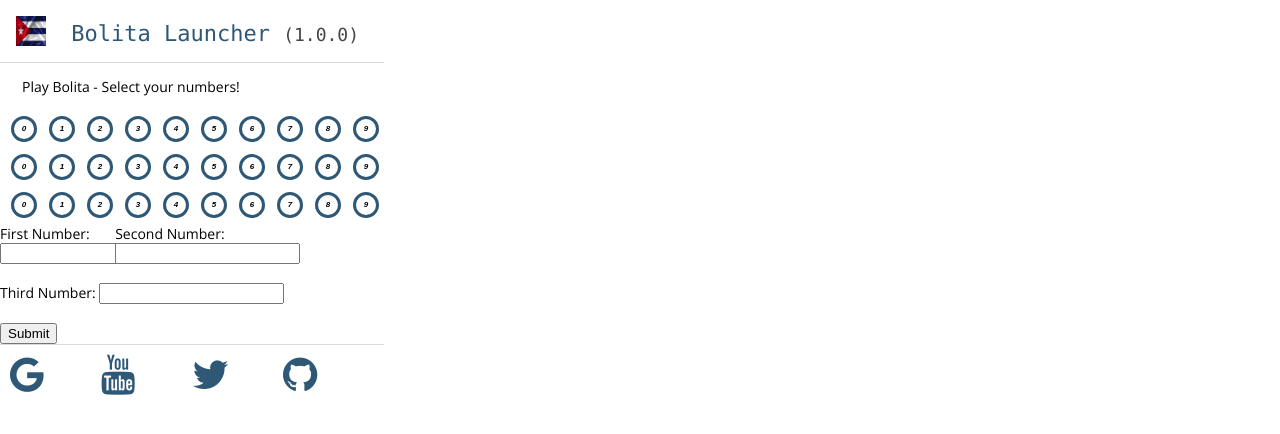
Repository: markymark617/BolitaChromeExtension
Page: popup.html
These files come from the project's save history. The page is drawn as it stood at one moment and after the next save; the edit follows.
The browser window is 1280 px wide. The pictures show the whole page.

Above is the page before, as saved 2020-09-06 14:24:31.

### popup.html
<!DOCTYPE html>
<html lang="en">
<head>
    <meta charset="UTF-8">
    <meta name="viewport" content="width=device-width, initial-scale=1.0">
    <meta http-equiv="X-UA-Compatible" content="ie=chrome">
    <title>Bolita Launcher</title>
    <link rel="stylesheet" href="https://fonts.googleapis.com/css?family=Open+Sans" type="text/css">
    <link rel="stylesheet" href="popup.css">
    <link href="https://maxcdn.bootstrapcdn.com/font-awesome/4.7.0/css/font-awesome.min.css" rel="stylesheet" integrity="sha384-wvfXpqpZZVQGK6TAh5PVlGOfQNHSoD2xbE+QkPxCAFlNEevoEH3Sl0sibVcOQVnN" crossorigin="anonymous"/>

</head>

<body>
    <div class="modal-header">
        <h1 class="logo">
            <img src="images/bolita_logo.png" alt="Bolita_Launcher_logo" class="logo-icon"> Bolita Launcher <span class="version">(1.0.0)</span>
        </h1>
    </div>
    <div class="modal-content">
        <p>Play Bolita - Select your numbers!</p>
    </div>


    <div class="ball-icons">

        <div class="flex-container paddedDiv firstBet" id="firstRow">

            <button id="first-zero" value='0' class="btnFirstBet">
                <div class="flex circle">
                    <div class="fa-stack fa-2x">
                        <i class="fa fa-stack-2x fa-inverse"></i>
                        <i class="fa-stack-1x fa-stack-text">0</i>
                    </div>
                </div>
            </button>

            <button id="first-one" value='1' class="btnFirstBet">
                <div class="flex circle">
                    <div class="fa-stack fa-2x">
                        <i class="fa fa-stack-2x fa-inverse"></i>
                        <i class="fa-stack-1x fa-stack-text">1</i>
                    </div>
                </div>
            </button>


            <button id="first-two" value='2' class="btnFirstBet">
                <div class="flex circle">
                    <div class="fa-stack fa-2x">
                        <i class="fa fa-stack-2x fa-inverse"></i>
                        <i class="fa-stack-1x fa-stack-text">2</i>
                    </div>
                </div>
            </button>


            <button id="first-three" value='3' class="btnFirstBet">
                <div class="flex circle">
                    <div class="fa-stack fa-2x">
                        <i class="fa fa-stack-2x fa-inverse"></i>
                        <i class="fa-stack-1x fa-stack-text">3</i>
                    </div>
                </div>
            </button>


            <button id="first-four" value='4' class="btnFirstBet">
                <div class="flex circle">
                    <div class="fa-stack fa-2x">
                        <i class="fa fa-stack-2x fa-inverse"></i>
                        <i class="fa-stack-1x fa-stack-text">4</i>
                    </div>
                </div>
            </button>


            <button id="first-five" value='5' class="btnFirstBet">
                <div class="flex circle">
                    <div class="fa-stack fa-2x">
                        <i class="fa fa-stack-2x fa-inverse"></i>
                        <i class="fa-stack-1x fa-stack-text">5</i>
                    </div>
                </div>
            </button>


            <button id="first-six" value='6' class="btnFirstBet">
                <div class="flex circle">
                    <div class="fa-stack fa-2x">
                        <i class="fa fa-stack-2x fa-inverse"></i>
                        <i class="fa-stack-1x fa-stack-text">6</i>
                    </div>
                </div>
            </button>


            <button id="first-seven" value='7' class="btnFirstBet">
                <div class="flex circle">
                    <div class="fa-stack fa-2x">
                        <i class="fa fa-stack-2x fa-inverse"></i>
                        <i class="fa-stack-1x fa-stack-text">7</i>
                    </div>
                </div>
            </button>


            <button id="first-eight" value='8' class="btnFirstBet">
                <div class="flex circle">
                    <div class="fa-stack fa-2x">
                        <i class="fa fa-stack-2x fa-inverse"></i>
                        <i class="fa-stack-1x fa-stack-text">8</i>
                    </div>
                </div>
            </button>


            <button id="first-nine" value='9' class="btnFirstBet">
                    <div class="flex circle">
                        <div class="fa-stack fa-2x">
                                <i class="fa fa-stack-2x fa-inverse"></i>
                                <i class="fa-stack-1x fa-stack-text">9</i>
                        </div>
                    </div>
            </button>

        </div>

<!-- second row-->

        <div class="flex-container paddedDiv secondBet" id="secondRow">

            <button id="second-zero" value='0' class="btnSecondBet">
                <div class="flex circle">
                    <div class="fa-stack fa-2x">
                        <i class="fa fa-stack-2x fa-inverse"></i>
                        <i class="fa-stack-1x fa-stack-text">0</i>
                    </div>
                </div>
            </button>

            <button id="second-one" value='1' class="btnSecondBet">
                <div class="flex circle">
                    <div class="fa-stack fa-2x">
                        <i class="fa fa-stack-2x fa-inverse"></i>
                        <i class="fa-stack-1x fa-stack-text">1</i>
                    </div>
                </div>
            </button>


            <button id="second-two" value='2' class="btnSecondBet">
                <div class="flex circle">
                    <div class="fa-stack fa-2x">
                        <i class="fa fa-stack-2x fa-inverse"></i>
                        <i class="fa-stack-1x fa-stack-text">2</i>
                    </div>
                </div>
            </button>


            <button id="second-three" value='3' class="btnSecondBet">
                <div class="flex circle">
                    <div class="fa-stack fa-2x">
                        <i class="fa fa-stack-2x fa-inverse"></i>
                        <i class="fa-stack-1x fa-stack-text">3</i>
                    </div>
                </div>
            </button>


            <button id="second-four" value='4' class="btnSecondBet">
                <div class="flex circle">
                    <div class="fa-stack fa-2x">
                        <i class="fa fa-stack-2x fa-inverse"></i>
                        <i class="fa-stack-1x fa-stack-text">4</i>
                    </div>
                </div>
            </button>


            <button id="second-five" value='5' class="btnSecondBet">
                <div class="flex circle">
                    <div class="fa-stack fa-2x">
                        <i class="fa fa-stack-2x fa-inverse"></i>
                        <i class="fa-stack-1x fa-stack-text">5</i>
                    </div>
                </div>
            </button>


            <button id="second-six" value='6' class="btnSecondBet">
                <div class="flex circle">
                    <div class="fa-stack fa-2x">
                        <i class="fa fa-stack-2x fa-inverse"></i>
                        <i class="fa-stack-1x fa-stack-text">6</i>
                    </div>
                </div>
            </button>


            <button id="second-seven" value='7' class="btnSecondBet">
                <div class="flex circle">
                    <div class="fa-stack fa-2x">
                        <i class="fa fa-stack-2x fa-inverse"></i>
                        <i class="fa-stack-1x fa-stack-text">7</i>
                    </div>
                </div>
            </button>



            <button id="second-eight" value='8' class="btnSecondBet">
                <div class="flex circle">
                    <div class="fa-stack fa-2x">
                        <i class="fa fa-stack-2x fa-inverse"></i>
                        <i class="fa-stack-1x fa-stack-text">8</i>
                    </div>
                </div>
            </button>


            <button id="second-nine" value='9' class="btnSecondBet">
                    <div class="flex circle">
                        <div class="fa-stack fa-2x">
                                <i class="fa fa-stack-2x fa-inverse"></i>
                                <i class="fa-stack-1x fa-stack-text">9</i>
                        </div>
                    </div>
            </button>

        </div>

<!--Third Row-->

        <div class="flex-container paddedDiv thirdBet" id="thirdRow">

                <button id="third-zero" value='0' class="btnThirdBet">
                    <div class="flex circle">
                        <div class="fa-stack fa-2x">
                            <i class="fa fa-stack-2x fa-inverse"></i>
                            <i class="fa-stack-1x fa-stack-text">0</i>
                        </div>
                    </div>
                </button>

                <button id="third-one" value='1' class="btnThirdBet">
                    <div class="flex circle">
                        <div class="fa-stack fa-2x">
                            <i class="fa fa-stack-2x fa-inverse"></i>
                            <i class="fa-stack-1x fa-stack-text">1</i>
                        </div>
                    </div>
                </button>


                <button id="third-two" value='2' class="btnThirdBet">
                    <div class="flex circle">
                        <div class="fa-stack fa-2x">
                            <i class="fa fa-stack-2x fa-inverse"></i>
                            <i class="fa-stack-1x fa-stack-text">2</i>
                        </div>
                    </div>
                </button>


                <button id="third-three" value='3' class="btnThirdBet">
                    <div class="flex circle">
                        <div class="fa-stack fa-2x">
                            <i class="fa fa-stack-2x fa-inverse"></i>
                            <i class="fa-stack-1x fa-stack-text">3</i>
                        </div>
                    </div>
                </button>


                <button id="third-four" value='4' class="btnThirdBet">
                    <div class="flex circle">
                        <div class="fa-stack fa-2x">
                            <i class="fa fa-stack-2x fa-inverse"></i>
                            <i class="fa-stack-1x fa-stack-text">4</i>
                        </div>
                    </div>
                </button>


                <button id="third-five" value='5' class="btnThirdBet">
                    <div class="flex circle">
                        <div class="fa-stack fa-2x">
                            <i class="fa fa-stack-2x fa-inverse"></i>
                            <i class="fa-stack-1x fa-stack-text">5</i>
                        </div>
                    </div>
                </button>


                <button id="third-six" value='6' class="btnThirdBet">
                    <div class="flex circle">
                        <div class="fa-stack fa-2x">
                            <i class="fa fa-stack-2x fa-inverse"></i>
                            <i class="fa-stack-1x fa-stack-text">6</i>
                        </div>
                    </div>
                </button>


                <button id="third-seven" value='7' class="btnThirdBet">
                    <div class="flex circle">
                        <div class="fa-stack fa-2x">
                            <i class="fa fa-stack-2x fa-inverse"></i>
                            <i class="fa-stack-1x fa-stack-text">7</i>
                        </div>
                    </div>
                </button>



                <button id="third-eight" value='8' class="btnThirdBet">
                    <div class="flex circle">
                        <div class="fa-stack fa-2x">
                            <i class="fa fa-stack-2x fa-inverse"></i>
                            <i class="fa-stack-1x fa-stack-text">8</i>
                        </div>
                    </div>
                </button>


                <button id="third-nine" value='9' class="btnThirdBet">
                        <div class="flex circle">
                            <div class="fa-stack fa-2x">
                                    <i class="fa fa-stack-2x fa-inverse"></i>
                                    <i class="fa-stack-1x fa-stack-text">9</i>
                            </div>
                        </div>
                </button>

            </div>








    </div>




    <div class="modal-output">

            <form action="results.html" method="GET">
                <div class="row">
                    <div class="column">
                        <label for="firstBetInput">First Number:</label><br>
                        <input type="text" id="firstBetInput" name="firstBetInput"><br><br>
                    </div>
                    <div class="column"></div>
                        <label for="secondBetInput">Second Number:</label>
                        <input type="text" id="secondBetInput" name="secondBetInput"><br><br>
                    </div>
                    <div class="column"></div>
                        <label for="thirdBetInput">Third Number:</label>
                        <input type="text" id="thirdBetInput" name="thirdBetInput"><br><br>
                    </div>
                </div>

                    <input type="submit" value="Submit">
            </form>
        </div>

    <div class="modal-icons">
        <div class="flex-container">
            <div class="flex">
                <a href="https://www.google.com" target="_blank">
                    <i class="fa fa-google"></i>
                </a>
            </div>

            <div class="flex">
                <a href="https://www.youtube.com" target="_blank">
                    <i class="fa fa-youtube"></i>
                </a>
            </div>

            <div class="flex">
                <a href="https://www.twitter.com" target="_blank">
                    <i class="fa fa-twitter"></i>
                </a>
            </div>

            <div class="flex">
                <a href="https://www.github.com" target="_blank">
                    <i class="fa fa-github"></i>
                </a>
            </div>
        </div>
    </div>








    <script src="popup.js"></script>
</body>
</html>

### popup.css

    html,
    body {
        font-family : 'Open Sans', sans-serif;
        font-size: 14px;
        margin: 0;
        min-height: 180px;
        padding: 0;
        width: 384px;
    }

    h1 {
        font-family: 'Menlo', monospace;
        font-size: 22px;
        font-weight: 400;
        margin: 0;
        color: #2f5876;
    }

    a:link, a:visited {
        color: #000;
        outline: 0;
        text-decoration: none;
    }

    img {
        width: 30px;

    }

    .modal-header {
        align-items: center;
        border-bottom: 0.5px solid #dadada;
    }

    .modal-content {
        padding: 0 22px;
        align-items: center;
    }

    .modal-icons {
        border-top: 0.5px solid #dadada;
        height: 50px;
        width: 100%;
    }

    .logo {
        padding: 16px;
    }

    .logo-icon {
        vertical-align: text-bottom;
        margin-right: 12px;
    }

    .version {
        color: #444;
        font-size: 18px;
    }

    .flex-container {
        display: flex;
        justify-content: space-between;
        padding: 10px 10px;
    }

    .flex {
        opacity: 1;
        transition: opacity 0.2s ease-in-out;
        width: 120px
    }

    .flex:hover {
        opacity: 0.4;
    }

    .flex .fa {
        font-size: 40px;
        color: #2f5876;
    }

    .fa-stack-text {
        font-size: 8px;
        border:none;
        align-items: center;
        font-weight:bold;
    }

    .circle {
        display: flex;
        border: 3px solid #2f5876;
        border-radius: 100%;
        width: 20px;
        height: 20px;
        justify-content: center;
        align-items: center;

    }

    button {
        background: transparent;
        border:0;
        outline:none;

    }

    .paddedDiv {
        padding: 5px;
    }

    .column {
        float: left;
        width: 30%;
      }

      /* Clear floats after the columns */
      .row:after {
        content: "";
        display: table;
        clear: both;
      }

### popup.js

document.querySelectorAll(".btnFirstBet").forEach(item => {
    item.addEventListener('click', event => {
        //handle click


        document.querySelectorAll(".btnFirstBet").forEach(item => {

                item.classList.remove("active");
                item.style.opacity=1;

        })

        item.style.opacity= 0.4;
        item.classList.add("active");

        //only 1 can be active at any given time

    })
});


document.querySelectorAll(".btnSecondBet").forEach(item => {
    item.addEventListener('click', event => {
        //handle click


        document.querySelectorAll(".btnSecondBet").forEach(item => {

                item.classList.remove("active");
                item.style.opacity=1;

        })

        item.style.opacity= 0.4;
        item.classList.add("active");

        //only 1 can be active at any given time

    })
});


document.querySelectorAll(".btnThirdBet").forEach(item => {
    item.addEventListener('click', event => {
        //handle click


        document.querySelectorAll(".btnThirdBet").forEach(item => {

                item.classList.remove("active");
                item.style.opacity=1;

        })

        item.style.opacity= 0.4;
        item.classList.add("active");

        //only 1 can be active at any given time

    })
});



/*


[document.querySelectorAll(".firstBet"), document.querySelector('.btnFirstBet')].forEach(item => {
    item.addEventListener('click', event => {
        //handle click
        item.style.opacity= 0.4;
        item.addClass("active");
    })
});


var elements = document.getElementsByClassName(".btnFirstBet");

[].forEach.call(elements, function(currElement) {
    currElemen
    currElement.style.opacity= 0.4;
    currElement.classList.add("active");
    console.log(currElement.tagName);
});


document.getElementsByClassName(".btnFirstBet").forEach(item => {
    item.addEventListener('click', event => {
        //handle click
        item.style.opacity= 0.4;
       // element.classList.add("active");
    })
})










var elements = document.querySelectorAll('.btnFirstBet');
for (var i = 0; i < elements.length; i++) {
    elements[i].classList.remove("active");
    elements[i].onclick = function (event) {
        console.log("ONCLICK");
        //remove all active class
        removeClass();
        if (event.elements[i].innerHTML === this.innerHTML) {
            console.log("IN IF");
            this.classList.add("active");
        }
    }
}

function removeClass(){
  for (var i = 0; i < elements.length; i++) {
    elements[i].classList.remove("active");
  }
}








*/

After the next save:
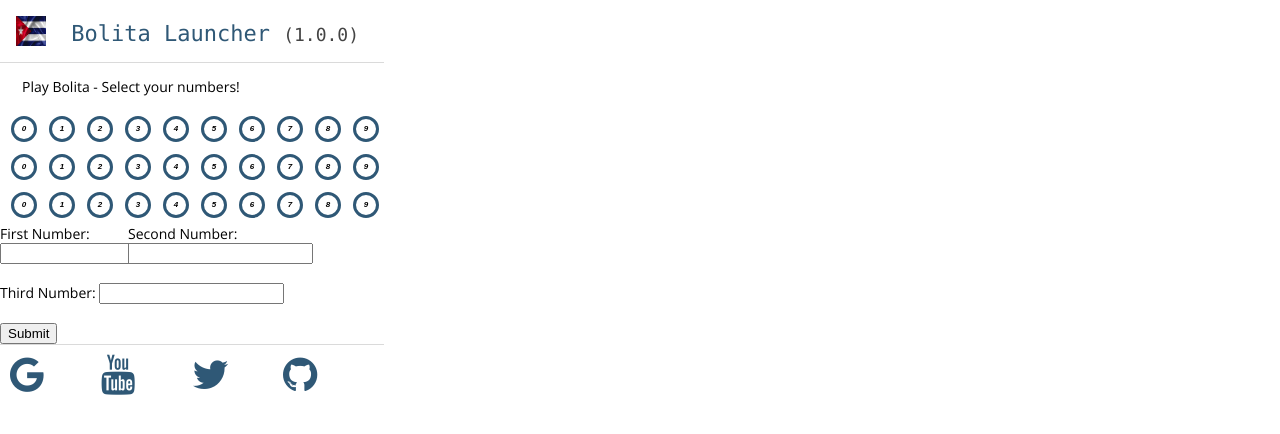
Saved 32 s later.
--- a/popup.css
+++ b/popup.css
@@ -110,7 +110,7 @@
 
     .column {
         float: left;
-        width: 30%;
+        width: 33.33%;
       }
 
       /* Clear floats after the columns */
